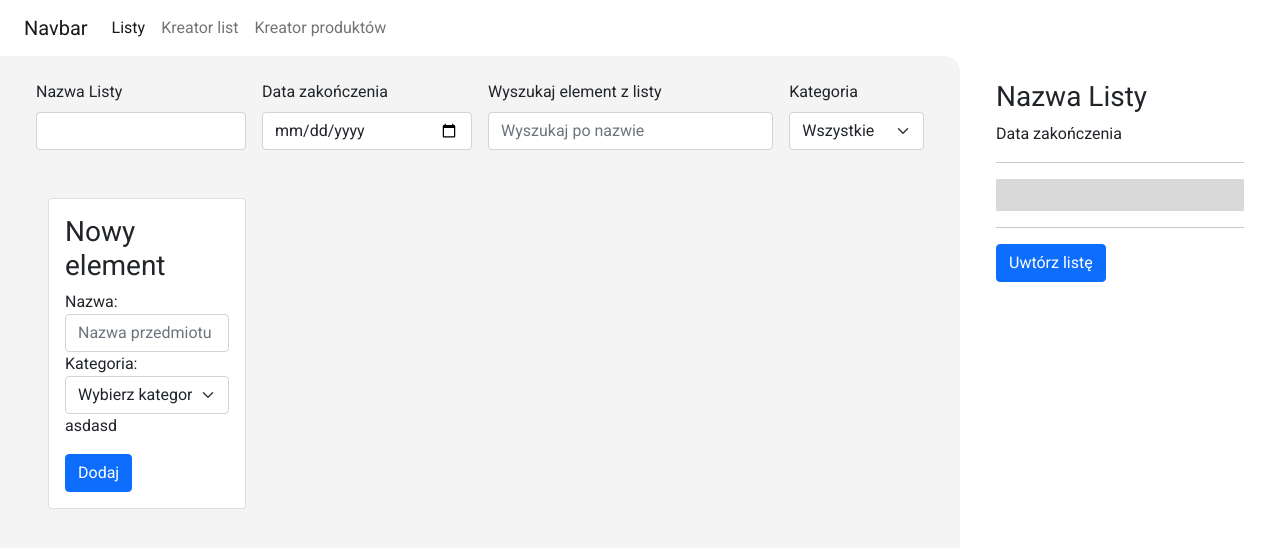
Repository: alphatra/Task-menager
Page: http://localhost/php/src/views/createList.php
The author's editor kept a copy of each file at every save. The page is drawn from the files as they stood at one save, then again after the next save.
The browser window is 1280 px wide. The pictures show the whole page.
The page is run by PHP 8.4 with error messages shown; the project is at /var/www/html/. Queries for data that is not in the repository find no rows.

Above is the page before, as saved 2023-02-11 17:05:03.

### php/src/views/createList.php
<!DOCTYPE html>
<html lang="en">
<head>
    <meta charset="UTF-8">
    <meta http-equiv="X-UA-Compatible" content="IE=edge">
    <meta name="viewport" content="width=device-width, initial-scale=1.0">
    <title>Document</title>
    <script src="https://ajax.googleapis.com/ajax/libs/jquery/3.6.1/jquery.min.js"></script>
    <link href="https://cdn.jsdelivr.net/npm/bootstrap@5.0.2/dist/css/bootstrap.min.css" rel="stylesheet" integrity="sha384-EVSTQN3/azprG1Anm3QDgpJLIm9Nao0Yz1ztcQTwFspd3yD65VohhpuuCOmLASjC" crossorigin="anonymous">
    <script src="https://cdn.jsdelivr.net/npm/@popperjs/core@2.9.2/dist/umd/popper.min.js" integrity="sha384-IQsoLXl5PILFhosVNubq5LC7Qb9DXgDA9i+tQ8Zj3iwWAwPtgFTxbJ8NT4GN1R8p" crossorigin="anonymous"></script>
    <script src="https://cdn.jsdelivr.net/npm/bootstrap@5.0.2/dist/js/bootstrap.min.js" integrity="sha384-cVKIPhGWiC2Al4u+LWgxfKTRIcfu0JTxR+EQDz/bgldoEyl4H0zUF0QKbrJ0EcQF" crossorigin="anonymous"></script>
    <script>
        const catergories = {
            1: 'Elektronika',
            2: 'Meble',
            3: 'Kosmetyki',
            4: 'Jedzenie',
            5: 'Ubrania',
            6: 'Zabawki',
            7: 'Sport',
            8: 'Książki',
            9: 'Narzędzia',
            10: 'RTV'
        }

        console.log(catergories);
        $(document).ready(function() {
            const select = $('select');
            $.each(catergories, function(i, item) {
                $('select').append($("<option>", {
                    value: item,
                    text: item
                }))
                $('select').append($("<option>", {
                    value: item,
                    text: item
                }))
            });
            let _dataItems = [];
            let private_item = $(`<div class="col-xl-3 col-lg-4 col-md-6 col-12 mb-4">
                        <div class="card">
                            <div class="card-body">
                                <h3 class="card-title">Nowy element</h3>
                                Nazwa:
                                <input type="text" class="form-control" id="priv_item" placeholder="Nazwa przedmiotu">
                                Kategoria: <select id="inputState" class="form-select">
                                    <option selected>Wybierz kategorię</option>

                                    </select>
                                <p class="card-text">asdasd</p>
                                <input class="btn btn-primary" id="add_tolist" type="button" value="Dodaj">
                            </div>
                        </div>
                    </div>`);
    let loadData = (param,_category) => {
        $.ajax({
            url: '../controller.php',
            dataType: 'json',
            method: 'POST',
            data:{tablename:"products", search: param, category:_category},
            beforeSend: function() {
                $("#loading-image").show();
             },
            success: function(data) {
                console.log(data);
                let content = $('#objects').empty()
                content.append(private_item)
                let dataItems = JSON.parse(JSON.stringify(data))
                _dataItems = data
                dataItems = dataItems.map((item) => {
                    return $(`
                    <div class="col-lg-3 col-md-5 col-sm-5 mb-4">
      <div class="card">
        <div class="card-header img-atas" style="background-image: url('https://picsum.photos/300/100'); background-position: 50% 10%;">
        </div>
        <div class="card-body">
          <div class="row">
            <h5>${item.product_name}</h5>
          </div>
          <div class="row">
            <h6 class="text-secondary">${catergories[item.category_id]}</h6>
          </div>
          <div class="row">
            <div class="d-flex justify-content-between">
              <p class="text-primary">${item.product_description.substring(0, 29)}</p>
              <p class="text-warning">
		<input class="btn btn-primary" id="add_tolist" type="button" value="Dodaj" data-product-id="${item.id_product}" data-product-name="${item.product_name}" data-product-quantity="1">
		</p>
            </div>
          </div>
        </div>
      </div>
    </div>
                    `)
                })
                content.append(dataItems)

            },
            error: function (jqXHR, exception){
                console.log(jqXHR, exception);

            }
        })

    }
    let createList_Ajax = (param) =>{
        $.ajax({
            url: '../controller_1.php',
            method: 'POST',
            data:{data: param},
            cache: false,
            success: function(data) {
                console.log(data);
            },
            error: function (xhr, status, error){
                console.log(status);

            }
        })
    }
    let createListItems_Ajax = (param) =>{
        $.ajax({
            url: '../controller_1.php',
            method: 'POST',
            data:{data: param},
            cache: false,
            success: function(data) {
                console.log(data);
            },
            error: function (xhr, status, error){
                console.log(status);

            }
        })
    }

    loadData()

    $("#searchItem, select").on("keyup change", function() {
        let inputVal = $("#searchItem").val();
        let selectVal = $("select").val();
        if (inputVal.length > 0 || selectVal > 0) {
            inputVal = inputVal.length == 0 ? '' : inputVal;
            selectVal = selectVal == 0 ? '' : selectVal;
            loadData(inputVal, selectVal);
        } else {
            loadData();
        }
    });
    let products = {product_id:[],product_title:[],qty:[]};
    let list = {
            list_name: '',
            end_date: '',
            products: [products]
        };

    let add_products = (id, title, quantity) => {
        if (!checkIfExists(id)) {
            products.product_id.push(id);
            products.product_title.push(title);
            products.qty.push(quantity);
        }
    }

    let checkIfExists = (id) => {
        for (let i = 0; i < products.product_id.length; i++) {
            if (products.product_id[i] === id) {
                return true;
            }
        }
        return false;
    }

    let searchedProduct = (_id) =>{
        let found =  _dataItems.find(e => e.id_product == _id)
        return found.product_name
    }

    let generateContent = (_item,_qty) => {
        let content = $('#list_elements')
        content.empty()
        console.log(_qty);
        let listItems = _item.map((item) => {
            return $(`
            <h5>${searchedProduct(+item)}</h5>
            <input type="number" id="qty" value="1" class="form-control form-icon-trailing" />
            `)})
        content.append(listItems)
    }

    let crateList = () => {
        if(list.list_name != '' || list.end_date != '' || products.product_id.length != 0){
            console.log(list);
            createList_Ajax(list)
        }
    }
    $(document).on("click", "#add_tolist", function() {
        //console.log(list);
        //console.log(+this.name);
        //console.log(searchedProduct(+this.name));
        var productId = $(this).data('product-id');
        var productName = $(this).data('product-name');
        var productQuantity = $(this).data('product-quantity');

        console.log("Id produktu: " + productId);
        console.log("Nazwa produktu: " + productName);
        console.log("Ilość produktu: " + productQuantity);
        // Obsługa okienka modalnego z bootstrapa
        var myModal = new bootstrap.Modal(document.getElementById("exampleModal"))
        if(list.list_name == '' || list.end_date == ''){
            myModal.show()
            $(document).on("click", ".btn-secondary", function() {
                myModal.hide()
            })
            if (list.list_name == '') {
                $("#listName").addClass("is-invalid")
            }else{
                $("#listName").removeClass("is-invalid")
            }
            if (list.end_date == '') {
                $("#endDate").addClass("is-invalid")
            }else{
                $("#endDate").removeClass("is-invalid")
            }
            //console.log("Nie",list)
        }else{
            add_products(productId, productName, productQuantity);
            generateContent(list.products['product_id'],list.products['qty'])
            $("#listName, #endDate").removeClass("is-invalid")
            //console.log("Tak",list);
        }
    });
    $(document).on("click", "#crateList_button", function() {
        console.log(crateList());
    });
    $("#listName, #endDate").on("keyup change",function(){
        list = {
            list_name: $("#listName").val(),
            end_date: $("#endDate").val(),
            products: products
        }
        $("#list_name").text($("#listName").val());
        $("#end_date").text($("#endDate").val());
    });
})

    </script>
    <link rel="stylesheet" href="../assets/style.css">
</head>
<body>
    <!-- Modal -->
    <div class="modal fade" id="exampleModal" tabindex="-1" role="dialog" aria-labelledby="exampleModalLabel" aria-hidden="true">
        <div class="modal-dialog">
            <div class="modal-content">
                <div class="modal-header">
                    <h5 class="modal-title" id="exampleModalLabel">Uwaga!</h5>
                    <button type="button" class="btn-close" data-dismiss="modal" aria-label="Zamknij"></button>
                </div>
                <div class="modal-body">
                    Nie wypełniłeś wszystkich pól!
                </div>
                <div class="modal-footer">
                    <button type="button" class="btn btn-secondary" data-dismiss="modal">Zamknij</button>
                </div>
            </div>
        </div>
    </div>

    <div class="container-fluid">
        <nav class="navbar navbar-expand-lg navbar-light ">
            <div class="container-fluid">
                <a class="navbar-brand" href="#">Navbar</a>
                <button class="navbar-toggler" type="button" data-bs-toggle="collapse" data-bs-target="#navbarNav" aria-controls="navbarNav" aria-expanded="false" aria-label="Toggle navigation">
                    <span class="navbar-toggler-icon"></span>
                </button>
                <div class="collapse navbar-collapse" id="navbarNav">
                    <ul class="navbar-nav">
                        <li class="nav-item">
                            <a class="nav-link active" href="/">Listy</a>
                        </li>
                        <li class="nav-item">
                            <a class="nav-link" aria-current="page" href="views/createList.php">Kreator list</a>
                        </li>
                        <li class="nav-item">
                            <a class="nav-link" href="views/createProduct.php">Kreator produktów</a>
                        </li>
                    </ul>
                </div>
            </div>
        </nav>
        <div class="row">
            <div class="col-lg-9" style="background-color: #F4F4F4; border-top-right-radius: 1rem">
                <div class="container py-4 px-4">
                <form class="row g-3 needs-validation" novalidate>
                    <div id="listName_" class="col-md-3">
                        <label for="listName" class="form-label">Nazwa Listy</label>
                        <input type="text" class="form-control" id="listName" required>
                        <div class="invalid-feedback">
                            Podaj nazwę listy!
                        </div>
                    </div>
                    <div id="endDate_" class="col-md-3">
                        <label for="endDate" class="form-label">Data zakończenia</label>
                        <input type="date" class="form-control" id="endDate" required>
                        <div class="invalid-feedback">
                            Podaj nazwę listy!
                        </div>
                    </div>
                    <div id="searchItem_" class="col-md-4">
                        <label for="searchItem" class="form-label">Wyszukaj element z listy</label>
                        <input type="search" class="form-control" id="searchItem" aria-label="Search" placeholder="Wyszukaj po nazwie">
                    </div>
                    <div class="col-md-2">
                        <label for="inputState" class="form-label">Kategoria</label>
                        <select id="inputState" class="form-select">
                            <option selected value="0">Wszystkie</option>

                        </select>
                    </div>
                </form>
                <div id="objects" class="row m-0 mt-5"></div>
                </div>
            </div>
            <div class="col-lg-3">
                <div class="container pt-4">
                <h3 id="list_name">Nazwa Listy</h3>
                <span id="end_date">Data zakończenia</span>
                <hr class="hr1" />
                <div id="list_elements" class="px-3 py-3" style="background-color:#D9D9D9"></div>
                <hr class="hr1" />
                <button type="submit" id="crateList_button" class="btn btn-primary">Uwtórz listę</button>
                </div>
            </div>
        </div>
    </div>
</body>
</html>

### php/src/controller.php
<?php
session_start();
require_once('./model/CRUD.php');


$db = new db();
$_tablename = $_POST['tablename'];
if(isset($_POST['search'])){
    $search = $_POST['search'];
    $result = $db->searchData($_tablename,$search,'');
    if(isset($_POST['category'])){
        $_category = $_POST['category'];
        $result = $db->searchData($_tablename,$search,$_category);
    }
    echo $result;
}else{
    echo $db->getData($_tablename);
}
?>

### php/src/model/CRUD.php
<?php
class db{
    private $conn;
    public $servername;
    public $username;
    public $password;
    public $database;
    public $tablename;

    public function __construct($host="db", $database="mydb",
                                $username="root", $password="root"){
        $this->host = $host;
        $this->database = $database;
        $this->username = $username;
        $this->password = $password;

        try {
            // Tworzenie połączenia
            $this->conn = new mysqli($host, $username, $password, $database);
        } catch (Exception $e) {
            // Sprawdzanie połączenia
            die("Connection failed: " . mysqli_connect_error());

        }

        return $this->conn;
    }

    // Wyświetlanie list z bazy danych
    public function getData($tablename){
        $this->tablename = $tablename;
        $query = "SELECT * FROM $this->tablename";
        $result = mysqli_query($this->conn, $query);
        $result = mysqli_fetch_all($result, MYSQLI_ASSOC);

        return json_encode($result);
    }

    // Wyświetlanie list z bazy danych wraz z wyszukiwaniem
    public function searchData($tablename, $search, $category){
        $this->tablename = $tablename;
        $this->search = $search;
        $this->category = $category;
        if($tablename == 'products'){
            $query = "SELECT * FROM $this->tablename WHERE product_name LIKE '$this->search%'";
            if($category != ''){
                $query .= " AND category_id = $this->category";
            }
        }else{
            $query = "SELECT * FROM $this->tablename WHERE name LIKE '$this->search%'";
            if($category != ''){
                $query .= " AND category_id = $this->category";
            }
        }
        $result = mysqli_query($this->conn, $query);
        $result = mysqli_fetch_all($result, MYSQLI_ASSOC);

        return json_encode($result);
    }
    /*
    public function searchData($tablename="", $search=""){
        $this->tablename = "list";
        $this->search = "{$search}%";
        $query = "SELECT * FROM $this->tablename WHERE name LIKE ?";
        $stmt = $this->conn->prepare($query);
        $stmt->bind_param("s",$search);
        $stmt->execute();
        $result = $stmt->get_result();

        return json_encode($result->fetch_all(MYSQLI_ASSOC));
    }
    */

    // Dodawanie produktów do bazy danych
    public function createProduct($Param){
        $product_name = $Param[0];
        $product_description = $Param[1];
        $product_image = $Param[2];
        $category_id = $Param[3];
        $query = "INSERT INTO products (product_name, product_description, product_image, category_id)
                    VALUES ('{$product_name}', '{$product_description}', '{$product_image}', '{$category_id}')";

        mysqli_query($this->conn, $query);
    }

    public function fetchData($Data){
        $this->Data = $Data;
        $decoded_json = json_decode($Data, true);
        $product_name = $decoded_json['product_name'];
        $product_description = $decoded_json['product_description'];
        $product_image = $decoded_json['product_image'];
        $category_id = $decoded_json['category_id'];
        return [$product_name, $product_description, $product_image, $category_id];
    }

    public function getMaxId($tablename){
        $this->tablename = $tablename;
        $query = "SELECT MAX( id ) AS `Max_Id` FROM $this->tablename";
        $result = mysqli_query($this->conn, $query);
        $result = mysqli_fetch_all($result, MYSQLI_ASSOC);
        $result = $result[0]['Max_Id'];

        return $result + 1;
    }

    public function getIdList($list_name){
        $this->list_name = $list_name;
        $query = "SELECT id FROM list WHERE name = '$this->list_name'";
        $result = mysqli_query($this->conn, $query);
        $result = mysqli_fetch_all($result, MYSQLI_ASSOC);
        $result = $result[0]['id'];

        return $result;
    }

    public function createList($list_name, $end_date){
        $id = $this->getMaxId('list');
        $this->list_name = $list_name;
        $created_date = date("Y-m-d h:i:s");
        $this->end_date = $end_date;
        $query = "INSERT INTO list (id, name, created_date, end_date) VALUES ('{$id}','{$list_name}','{$created_date}','{$end_date}')";
        mysqli_query($this->conn, $query);
        return $query;
    }

    public function createListItems($qty,$list_name,$id_product){
        $id = $this->getMaxId('list_items');
        $this->qty = $qty;
        $this->list_name = $list_name;
        $list_name = $this->getIdList($list_name);
        $this->id_product = $id_product;

        $query = "INSERT INTO list_items (id, quantity, list_id, id_product) VALUES ('{$id}', '{$this->qty}', '{$list_name}', '{$this->id_product}')";
        mysqli_query($this->conn, $query);
        return $query;
    }

    public function addPrivateItem($item_key, $item_name, $item_category){
        $this->item_key = $item_key;
        $this->item_name = $item_name;
        $this->item_category = $item_category;

        $query = "INSERT INTO private_items (item_key, item_name, category_id) VALUES ('{$item_key}', '{$item_name}', '{$item_category}')";
        mysqli_query($this->conn, $query);
        return $query;
    }
}
?>

### php/src/assets/style.css
@import url('https://fonts.googleapis.com/css2?family=Roboto:ital,wght@0,300;0,400;1,500&display=swap');

body {
    font-family: 'Roboto', sans-serif;
    font-size: 16px;
    line-height: 1.5;
    background-color: white;
    margin: 0;
    padding: 0;
}
.black-border {
    border: 1px solid black;
    padding: 1rem;
}
.img-atas {
    width: auto;
    height: 100px;
    background-repeat: no-repeat;
    background-position: center;
    background-size: cover;
  }

hr {
    margin: 1rem 0;
    color: inherit;
    background-color: currentColor;
    border: 0;
    opacity: 0.25;
  }

After the next save:
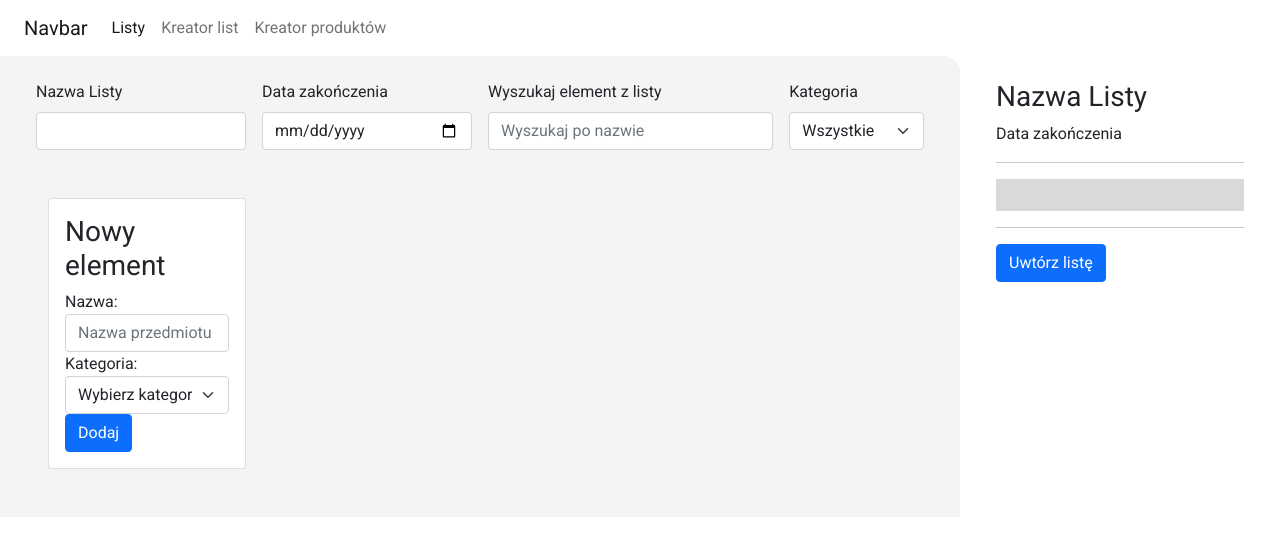
Saved 7 s later.
--- a/php/src/views/createList.php
+++ b/php/src/views/createList.php
@@ -47,7 +47,6 @@
                                     <option selected>Wybierz kategorię</option>
 
                                     </select>
-                                <p class="card-text">asdasd</p>
                                 <input class="btn btn-primary" id="add_tolist" type="button" value="Dodaj">
                             </div>
                         </div>
